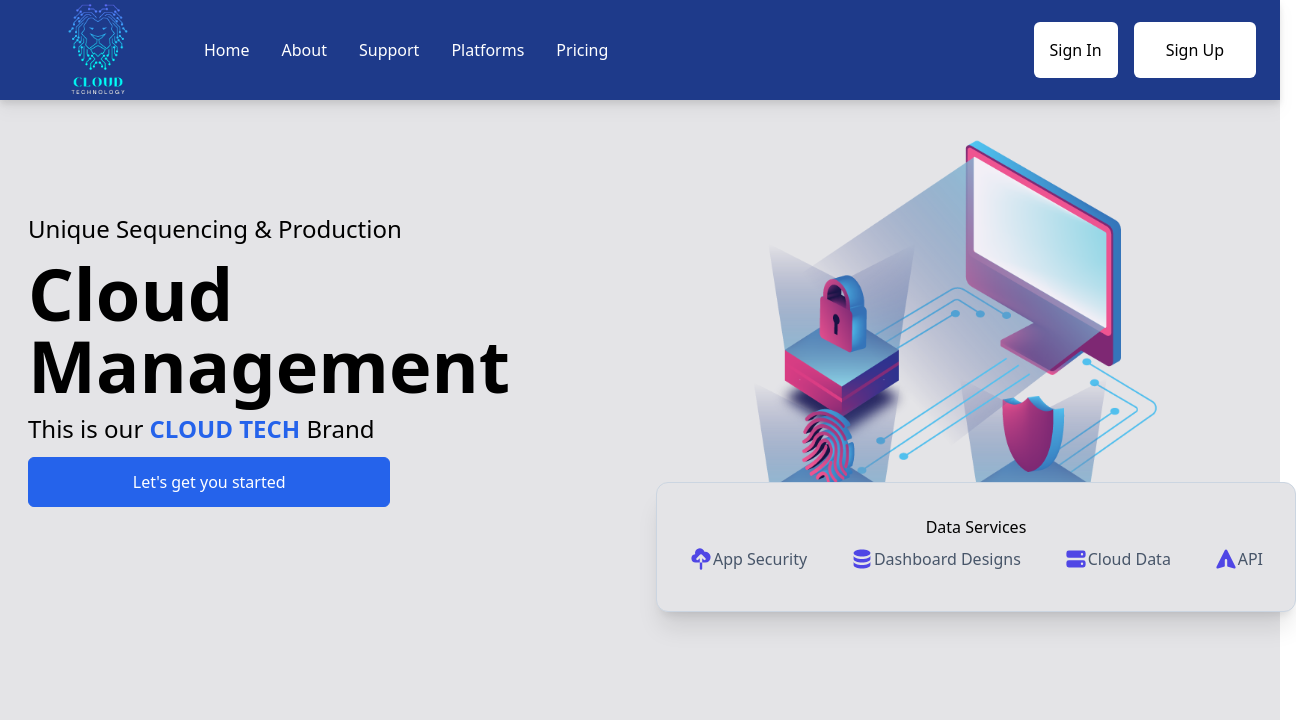
Repository: Esther-Kamau/cloud-management
Page: /
An editor plug-in stored every save of this project. The page is shown before and after a run of saves, followed by the edit.
The browser window is 1280 px wide. The page is 1296 px wide, so the pictures cover 1296 px, including what lies to the right of the window. The pictures show the whole page.
The project was rebuilt for these pictures with package versions that can differ from the ones it lists, and the page was loaded fresh each time. A package was used in the major version that the imports need, not the one package.json lists.

Above is the page before, as saved 2023-03-16 18:19:43.

After the next 2 saves:
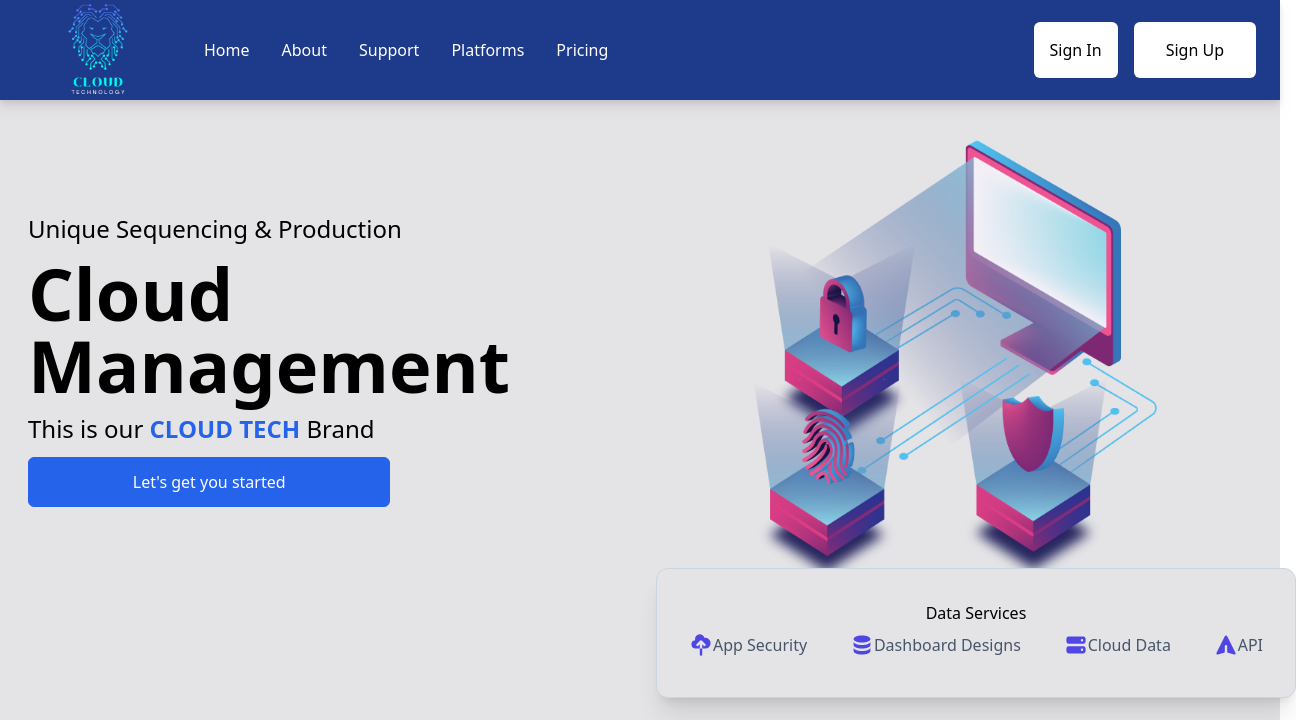
The 2 saves are shown as one change because they came seconds apart.
The last was saved 8 s later.
--- a/src/components/Hero.jsx
+++ b/src/components/Hero.jsx
@@ -30,7 +30,7 @@ const Hero = () => {
         </div>
         {/* check on this later: absolute position */}
         <div
-          className="absolute flex flex-col py-8 md:min-w-[640px] bottom-[15%] mx-4 md:left-1/2 bg-zinc-200
+          className="absolute flex flex-col py-8 md:min-w-[640px] bottom-[3%] mx-4 md:left-1/2 bg-zinc-200
                  border border-slate-300 rounded-xl text-center shadow-xl"
         >
           <p>Data Services</p>
